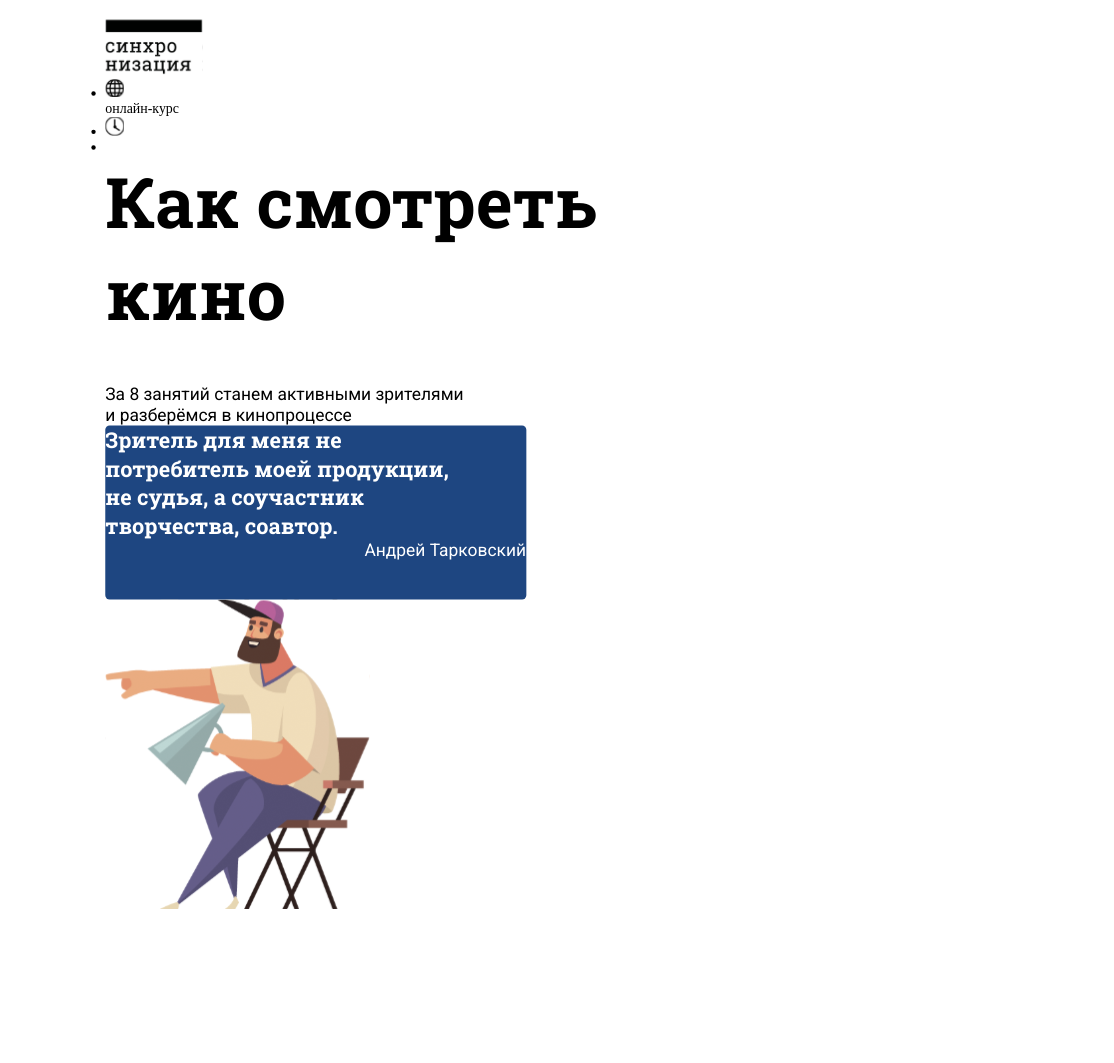
Repository: kubrazamanova/project1
Page: index.html
The author's editor kept a copy of each file at every save. The page is drawn from the files as they stood at one save, then again after a run of saves.
The browser window is 1280 px wide. The pictures show the whole page, at 87% of full size.

Above is the page before, as saved 2023-09-09 12:43:45.

### index.html
<!DOCTYPE html>
<html lang="en">

<head>
  <meta charset="UTF-8" />
  <meta name="viewport" content="width=device-width, initial-scale=1.0" />
  <title>Document</title>
  <link rel="stylesheet" href="index.css" />
</head>

<body>
  <div class="container">
    <img class="logo-img" src="./images/logo_mobile_black 1 (1).svg" alt="">
<ul>
  <li>
<img src="./images/globe (1).svg" alt="">
<p>онлайн-курс</p>
  </li>
  <li>
    <img src="./images/img_135744 (1).svg" alt="">
  </li>
  <li>

  </li>
</ul>



    <div class="text-container">
      <h1>Как смотреть кино</h1>
      <p>За 8 занятий станем активными зрителями и разберёмся в кинопроцессе</p>
    </div>
    <div class="card-box">
      <div class="blue">
        <h1> Зритель для меня не потребитель моей продукции, не судья, а соучастник творчества, соавтор. </h1>
        <br>
        <h2>Андрей Тарковский</h2>
      </div>
    </div>
    <img src="./noroot 1.svg" alt="">
  </div>

</body>
</html>

### index.css
@import url("https://fonts.googleapis.com/css2?family=Roboto+Slab:wght@700&family=Roboto:wght@400;700&display=swap");
* {
  margin: 0;
  padding: 0;
  box-sizing: border-box;
}
.container {
    padding:  21px 246px 173px 121px;
}
.container .logo-img{
    width: 112px;
height: 66px;
}
.text-container {
  /* padding: 248px 246px 174px 122px; */
}
.card-box {
  /* padding: 87px 0 173px 409px; */
}

.text-container h1 {
  margin-bottom: 51px;
  width: 628px;
  color: #000;
  font-family: Roboto Slab;
  font-size: 80px;
  font-style: normal;
  font-weight: 700;
}
.text-container p {
  width: 414px;
  color: #000;
  font-family: Roboto;
  font-size: 20px;
  font-style: normal;
  font-weight: 400;
}
 .img {
  width: 304px;
  height: 356px;
}
.blue {
  border-radius: 5px;
  background: #1e4681;
  width: 483.635px;
  height: 200px;
}

.blue h1 {
  width: 430.589px;
  height: 113px;
  color: #fff;
  font-family: Roboto Slab;
  font-size: 25px;
  font-style: normal;
  font-weight: 400;
}
.blue h2 {
  color: #fff;
  text-align: right;
  font-family: Roboto;
  font-size: 20px;
  font-style: normal;
  font-weight: 400;
}

After the next 2 saves:
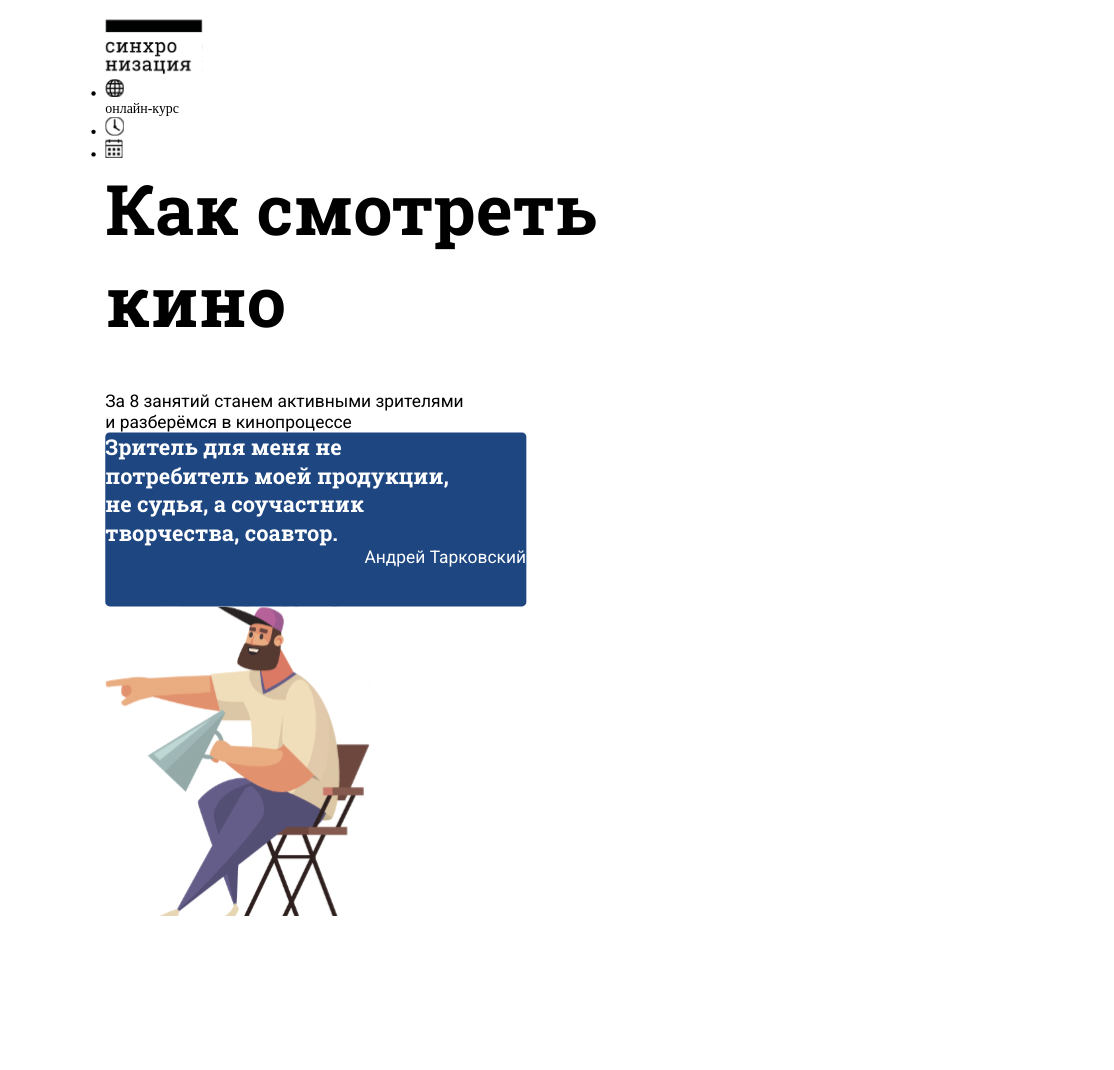
The 2 saves are shown as one change because they came seconds apart.
The last was saved 7 s later.
--- a/index.html
+++ b/index.html
@@ -18,9 +18,10 @@
   </li>
   <li>
     <img src="./images/img_135744 (1).svg" alt="">
+    <p></p>
   </li>
   <li>
-
+    <img src="./images/calendar_2 (1).svg" alt="">
   </li>
 </ul>
 
